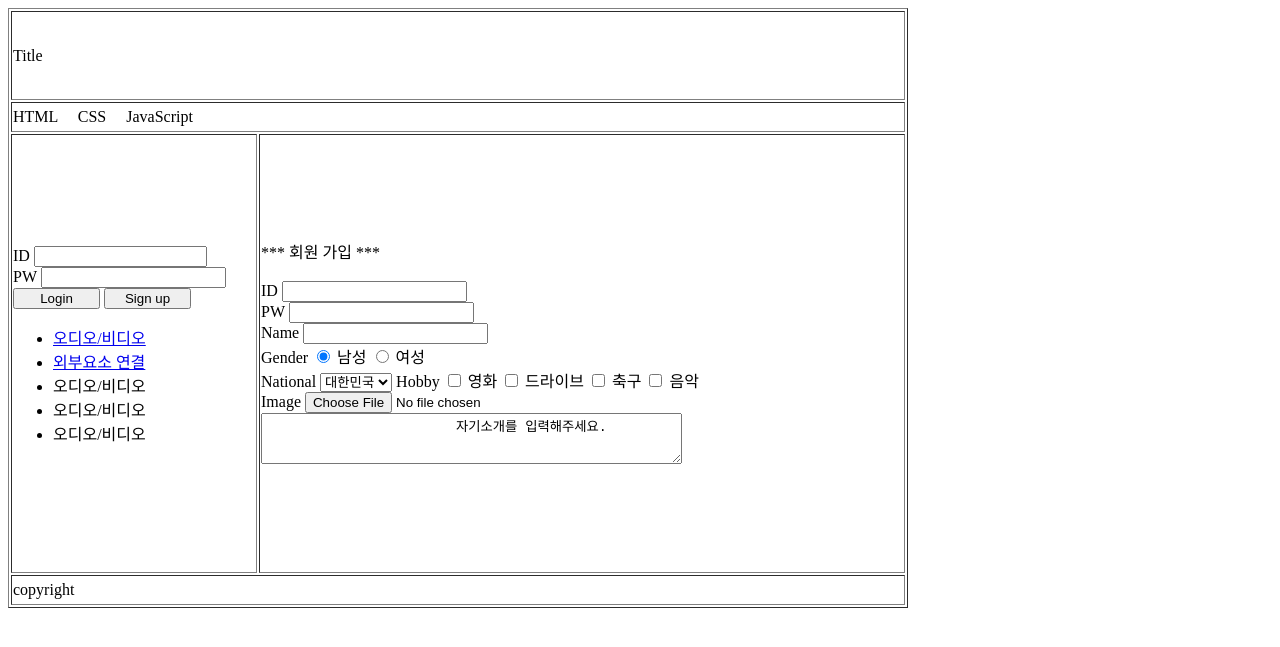
Repository: Hwangjiwon/MultiCampus
Page: http://localhost/2Study/jsp/member_insert.jsp
An editor plug-in stored every save of this project. The page is shown before and after the next save, followed by the edit.
The browser window is 1280 px wide. The pictures show the whole page.
The page is served by Tomcat 9. Other server files are loaded and not shown.

Above is the page before, as saved 2019-05-31 02:27:32.

### 2Study/WebContent/jsp/member_insert.jsp
<%@ page language="java" contentType="text/html; charset=UTF-8"
	pageEncoding="UTF-8"%>

<jsp:include page="header.jsp"></jsp:include>
<jsp:include page="side.jsp"></jsp:include>
<td>

	*** 회원 가입 *** <br> <br>

	<form action = "/2Study/Main?sign=member_insert" method="get">
		ID <input type = "text" name = "id" > <br>
		PW <input type = "text" name = "pw" > <br>
		Name <input type = "text" name = "name"> <br>
		Gender <input type = "radio" name = gender" value = "male" checked /> 남성
			<input type = "radio" name = gender" value = "female" /> 여성 <br>
		National <select name ="country">
					<option value = "Korea"> 대한민국 </option>
					<option value = "USA"> 미국 </option>
					<option value = "UK"> 영국 </option>
					<option value = "China"> 중국 </option>
				</select>
		Hobby <input type ="checkbox" name = "hobby" value = "movie" /> 영화
			<input type ="checkbox" name = "hobby" value = "drive" /> 드라이브
			<input type ="checkbox" name = "hobby" value = "soccer" /> 축구
			<input type ="checkbox" name = "hobby" value = "music" /> 음악 <br>
		Image <input type = "file" name = "filename" > <br>
		<textarea rows = "3" cols ="50" name ="memo">
			자기소개를 입력해주세요.
		</textarea>

	</form>
</td>
</tr>

<jsp:include page="copyright.jsp"></jsp:include>

### 2Study/WebContent/jsp/header.jsp
<%@ page language="java" contentType="text/html; charset=UTF-8"
	pageEncoding="UTF-8"%>
<!DOCTYPE html>
<html>
<head>
<meta charset="UTF-8">
<title>HOME</title>
</head>
<body>
	<table border="1" width="900" height="600">
		<tr height="15%">
			<td colspan="2">Title</td>
		</tr>
		<tr height="5%">
			<td colspan="2">HTML &nbsp;&nbsp;&nbsp; CSS &nbsp;&nbsp;&nbsp;
				JavaScript</td>
		</tr>

### 2Study/WebContent/jsp/side.jsp
<%@ page language="java" contentType="text/html; charset=UTF-8"
	pageEncoding="UTF-8"%>
<tr>
	<td width="20%">
		<!-- Java code가 들어갈 수 있는 부분 -->
		<%
			String username = (String)session.getAttribute("username");
			if(username != null) { //login_ok
		%>

			${username}님, 환영합니다.

		<form action="/2Study/Main?sign=logout" method="post">
			<input type="submit" value="Logout">
		</form>

		<%
			} else {
		%>
			<!-- 절대경로화 해서 서블릿으로 요청 보내기 -->
			<form style="width: 242px;" method="post" action="/2Study/Main?sign=login">
				ID <input name="id" style="width: 165px;"><br>
				PW <input name="pw" type="password"><br>
					<input type="submit" value="Login" style="width: 87px;">
					<a href = "/2Study/jsp/member_insert.jsp">
						<input type="button" value="Sign up" style="width: 87px;">
					</a>
			</form>

		<%
			}
		%>

		<ul>
			<!-- Context명부터 써줘서 절대경로화! /프로젝트명/... -->
			<li><a href="/2Study/jsp/audio_video.jsp">오디오/비디오</a></li>
			<li><a href="/2Study/jsp/iframe.jsp">외부요소 연결</a></li>
			<li>오디오/비디오</li>
			<li>오디오/비디오</li>
			<li>오디오/비디오</li>
		</ul>
	</td>

### 2Study/WebContent/jsp/copyright.jsp
<%@ page language="java" contentType="text/html; charset=UTF-8"
	pageEncoding="UTF-8"%>

<tr height="5%">
	<td colspan="2">copyright</td>
</tr>
</table>

</body>
</html>

After the next save:
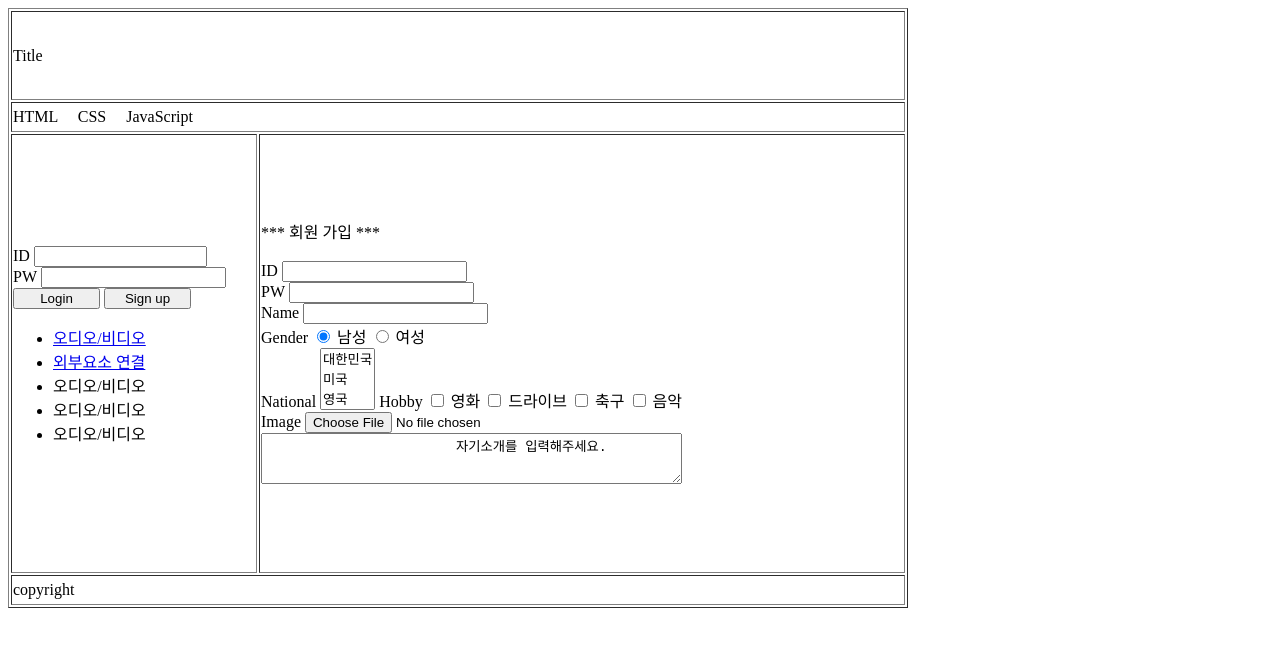
Saved 17 s later.
--- a/2Study/WebContent/jsp/member_insert.jsp
+++ b/2Study/WebContent/jsp/member_insert.jsp
@@ -13,7 +13,7 @@
 		Name <input type = "text" name = "name"> <br>
 		Gender <input type = "radio" name = gender" value = "male" checked /> 남성
 			<input type = "radio" name = gender" value = "female" /> 여성 <br>
-		National <select name ="country">
+		National <select name ="country" size="3">
 					<option value = "Korea"> 대한민국 </option>
 					<option value = "USA"> 미국 </option>
 					<option value = "UK"> 영국 </option>
